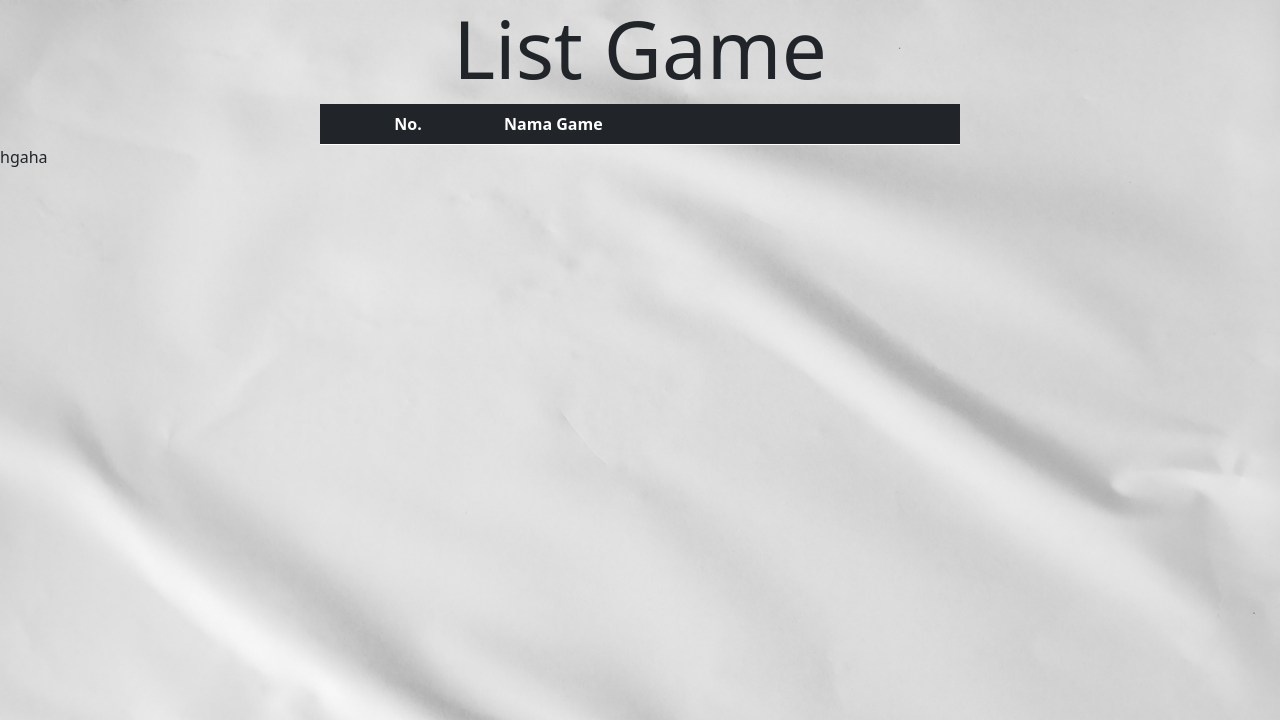
Repository: aqordeon/SPKWP
Page: http://localhost/listgame.php
The author's editor kept a copy of each file at every save. The page is drawn from the files as they stood at one save, then again after the next save.
The browser window is 1280 px wide. The pictures show the whole page.
The page is run by PHP 8.4 with error messages shown; the project is at /var/www/html/. Queries for data that is not in the repository find no rows.

Above is the page before, as saved 2021-01-13 22:58:50.

### listgame.php
<!DOCTYPE html>
<html lang="en">
<head>
    <meta charset="UTF-8">
    <meta name="viewport" content="width=device-width, initial-scale=1.0">
    <title>List Game</title>
    <link rel="stylesheet" href="css/bootstrap.css" type="text/css" />
    <style>
        body {
            background-image: url("images/whitepaper.jpg");
            background-color: #cccccc;
            background-size: cover;
        }
    </style>
    <?php
        include "koneksi.php";
        $tabelalternatif = mysqli_query($con, "SELECT * FROM tb_alternatif");
        $baristabelalternatif = mysqli_num_rows($tabelalternatif);
        $i = 1;
    ?>
</head>
<body>
    <h1 class="display-1" style="text-align: center;"><b>List Game</b></h1>
    <table class="table table-striped" style="width: 50%; margin: auto auto;">
        <thead class="table-dark">
            <tr>
                <th scope="col" style="text-align: center;">No.</th>
                <th scope="col">Nama Game</th>
            </tr>
        </thead>
        <tbody>
            <?php
                if ($baristabelalternatif > 0) {
                    while($row = mysqli_fetch_assoc($tabelalternatif)) { ?>
                        <tr>
                            <th scope="row" style="text-align: center;"><?php echo $i; ?></th>
                            <td><?php echo $row['nama_game']; ?></td>
                        </tr>
                    <?php $i++; }
                } ?>
        </tbody>
    </table>
    hgaha


</body>
</html>

### koneksi.php
<?php
    $servername = "localhost";
    $username = "root";
    $password = "";
    $database = "db_spkwp";

    $con = mysqli_connect($servername, $username, $password, $database);

    // $ambilparagraf = $con->query("SELECT * FROM paragraph");
    // $cekdbparagraf = $ambilparagraf->fetch_assoc();
?>

Loaded but not shown: css/bootstrap.css (library)

After the next save:
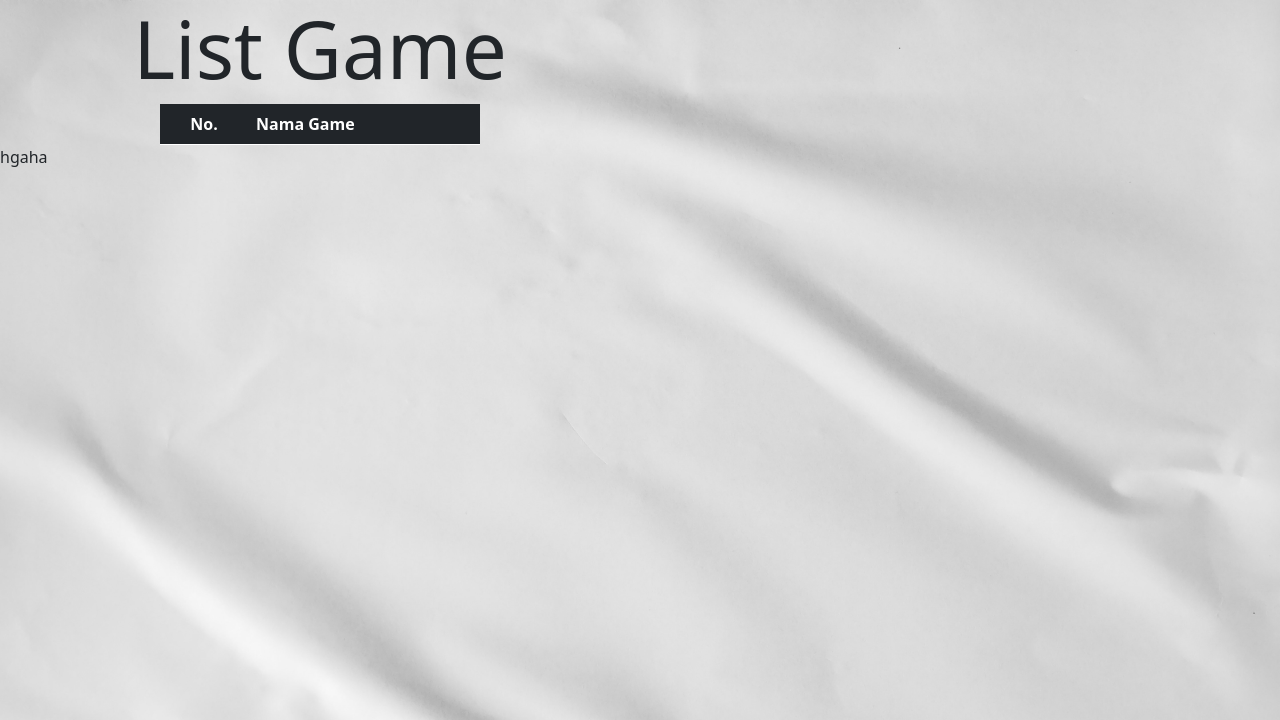
Saved 29 s later.
--- a/listgame.php
+++ b/listgame.php
@@ -19,7 +19,7 @@
         $i = 1;
     ?>
 </head>
-<body>
+<body style="width: 50%;">
     <h1 class="display-1" style="text-align: center;"><b>List Game</b></h1>
     <table class="table table-striped" style="width: 50%; margin: auto auto;">
         <thead class="table-dark">
